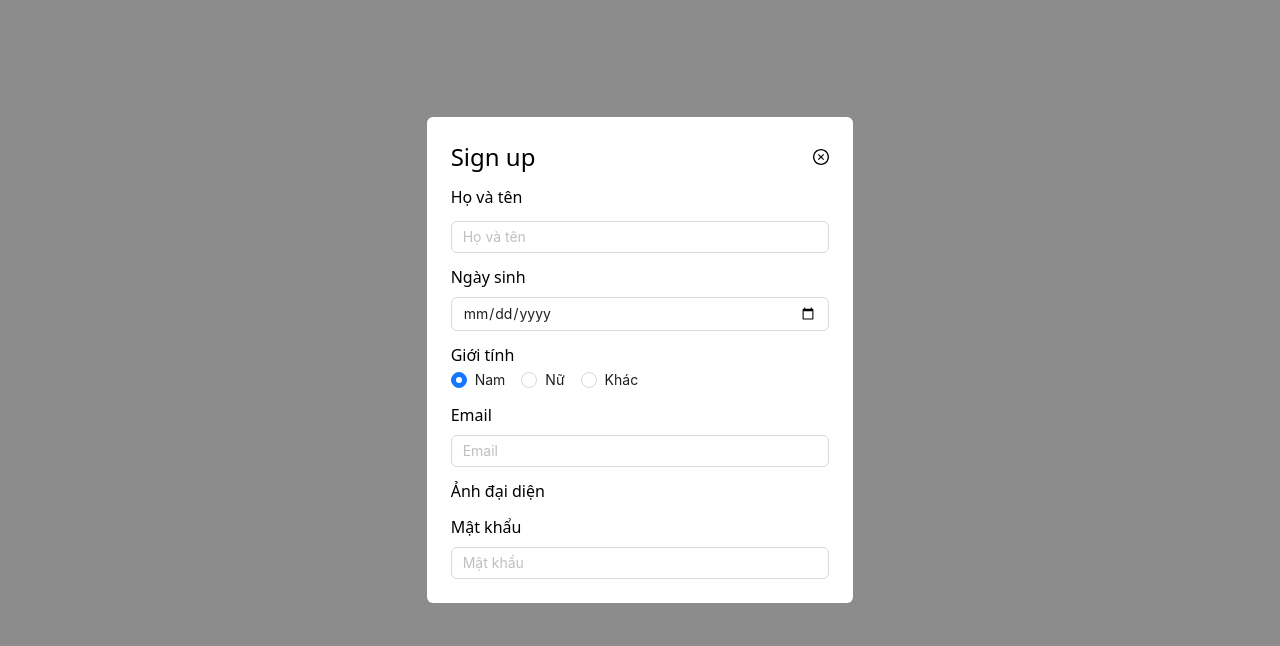
Repository: TinhTT336/MD02_Session14
Page: / (app in client/)
An editor plug-in stored every save of this project. The page is shown before and after the next save, followed by the edit.
The browser window is 1280 px wide. The pictures show the whole page.
The project was rebuilt for these pictures with package versions that can differ from the ones it lists, and the page was loaded fresh each time. Also part of the build but not shown: client/vite.config.js, client/src/firebase/configFirebase.js, client/src/components/UploadSingleFile.jsx, client/src/components/register/register.css, client/src/components/register/Register.jsx, client/src/components/register/RegisterWithImg.jsx.

Above is the page before, as saved 2023-09-14 14:24:24.

### client/index.html
<!DOCTYPE html>
<html lang="en">
  <head>
    <meta charset="UTF-8" />
    <link rel="icon" type="image/svg+xml" href="/vite.svg" />
    <meta name="viewport" content="width=device-width, initial-scale=1.0" />
    <title>Vite + React</title>
    <!-- <link
      href="https://cdn.jsdelivr.net/npm/bootstrap@5.0.2/dist/css/bootstrap.min.css"
      rel="stylesheet"
      integrity="sha384-EVSTQN3/azprG1Anm3QDgpJLIm9Nao0Yz1ztcQTwFspd3yD65VohhpuuCOmLASjC"
      crossorigin="anonymous"
    />
    <link
      rel="stylesheet"
      href="https://cdnjs.cloudflare.com/ajax/libs/font-awesome/6.4.2/css/all.min.css"
      integrity="sha512-z3gLpd7yknf1YoNbCzqRKc4qyor8gaKU1qmn+CShxbuBusANI9QpRohGBreCFkKxLhei6S9CQXFEbbKuqLg0DA=="
      crossorigin="anonymous"
      referrerpolicy="no-referrer"
    /> -->
  </head>
  <body>
    <div id="root"></div>
    <script type="module" src="/src/main.jsx"></script>
  </body>
</html>

### client/src/App.jsx

import './App.css'
import UploadSingleFile from './components/UploadSingleFile'
import Register from './components/register/Register'
import RegisterWithImg from './components/register/RegisterWithImg'
import Signup from './components/signup/Signup'

function App() {

  return (
    <>
      {/* <UploadSingleFile /> */}
      {/* <Register /> */}
      {/* <RegisterWithImg /> */}
      <Signup />
    </>
  )
}

export default App

### client/src/components/signup/Signup.jsx
import React, { useState } from 'react';
import { CloseCircleOutlined, UploadOutlined } from "@ant-design/icons";
import { Input, Radio, Button, message, Upload } from 'antd';

export default function Signup() {
    const [gender, setGender] = useState(1);
    const handleCheck = (e) => {
        setGender(e.target.value);
    };
    return (
        <>
            <div className='fixed top-0 left-0 right-0 bottom-0 flex items-center justify-center bg-rgba-black'>
                <form className='bg-white p-6 rounded-md w-2/6'>
                    <div className='flex items-center justify-between'>
                        <h3 className='text-2xl'>Sign up</h3>
                        <CloseCircleOutlined className='cursor-pointer hover:bg-slate-300 rounded-full' />
                    </div>
                    <div className='mt-3'>
                        <label htmlFor="name">Họ và tên</label>
                        <Input placeholder="Họ và tên" className='mt-3' name='name' id='name' />
                    </div>
                    <div className='mt-3'>
                        <label htmlFor="dateOfBirth">Ngày sinh</label>
                        <Input placeholder="Ngày sinh" className='mt-2' name='dateOfBirth' id='dateOfBirth' type='date' />
                    </div>
                    <div className='mt-3'>
                        <label htmlFor="dateOfBirth">Giới tính</label>
                        <div>
                            <Radio.Group onChange={handleCheck} value={gender}>
                                <Radio value={1}>Nam</Radio>
                                <Radio value={2}>Nữ</Radio>
                                <Radio value={3}>Khác</Radio>
                            </Radio.Group>
                        </div>
                    </div>
                    <div className='mt-3'>
                        <label htmlFor="email">Email</label>
                        <Input placeholder="Email" className='mt-2' name='email' id='email' type='text' />
                    </div>
                    <div className='mt-3'>
                        <label htmlFor="avatar">Ảnh đại diện</label>

                    </div>
                    <div className='mt-3'>
                        <label htmlFor="password">Mật khẩu</label>
                        <Input placeholder="Mật khẩu" className='mt-2' name='password' id='password' type='password' />
                    </div>
                </form>
            </div>

        </>
    )
}

### client/tailwind.config.js
/** @type {import('tailwindcss').Config} */
export default {
  content: ["./index.html", "./src/**/*.{js,ts,jsx,tsx}"],
  theme: {
    extend: {
      backgroundColor: {
        "rgba-black": "rgba(0,0,0,0.45)",
      },
    },
  },
  plugins: [],
};

Loaded but not shown: client/src/main.jsx (common file); client/src/index.css (common file); client/src/App.css (common file)

After the next save:
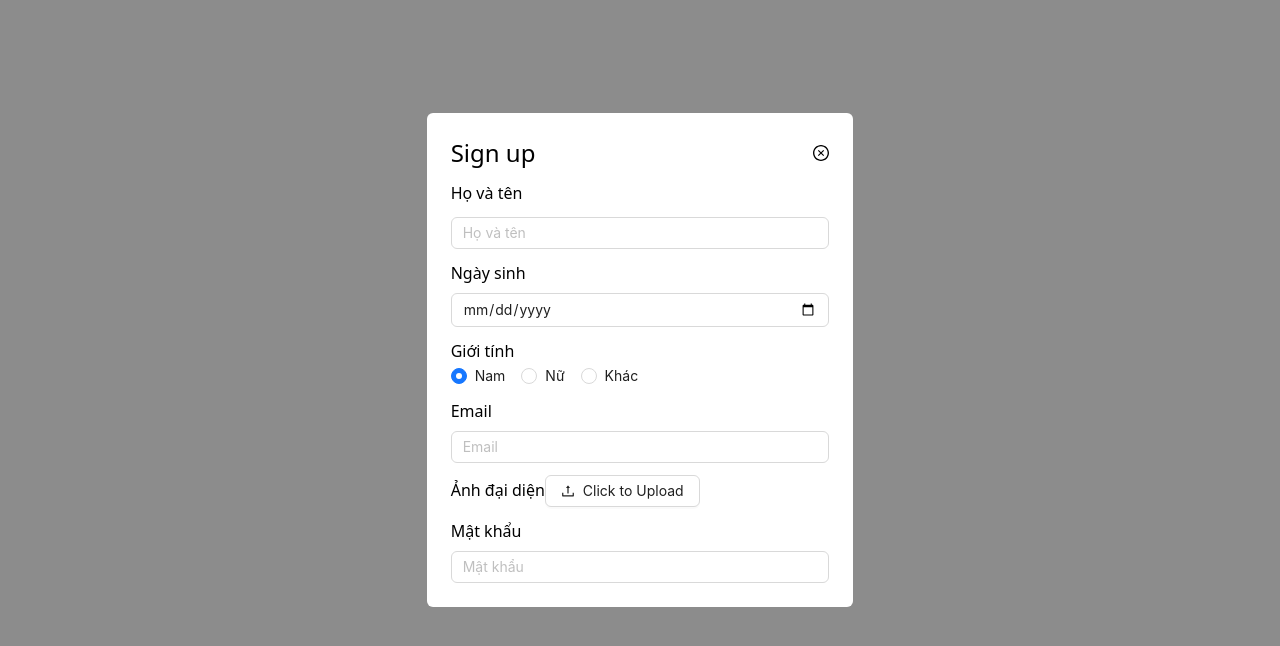
Saved 105 s later.
--- a/client/src/components/signup/Signup.jsx
+++ b/client/src/components/signup/Signup.jsx
@@ -6,6 +6,23 @@ export default function Signup() {
     const [gender, setGender] = useState(1);
     const handleCheck = (e) => {
         setGender(e.target.value);
+    };
+    const props = {
+        name: 'file',
+        action: 'https://www.mocky.io/v2/5cc8019d300000980a055e76',
+        headers: {
+            authorization: 'authorization-text',
+        },
+        onChange(info) {
+            if (info.file.status !== 'uploading') {
+                console.log(info.file, info.fileList);
+            }
+            if (info.file.status === 'done') {
+                message.success(`${info.file.name} file uploaded successfully`);
+            } else if (info.file.status === 'error') {
+                message.error(`${info.file.name} file upload failed.`);
+            }
+        },
     };
     return (
         <>
@@ -39,7 +56,9 @@ export default function Signup() {
                     </div>
                     <div className='mt-3'>
                         <label htmlFor="avatar">Ảnh đại diện</label>
-
+                        <Upload {...props}>
+                            <Button icon={<UploadOutlined />}>Click to Upload</Button>
+                        </Upload>
                     </div>
                     <div className='mt-3'>
                         <label htmlFor="password">Mật khẩu</label>
